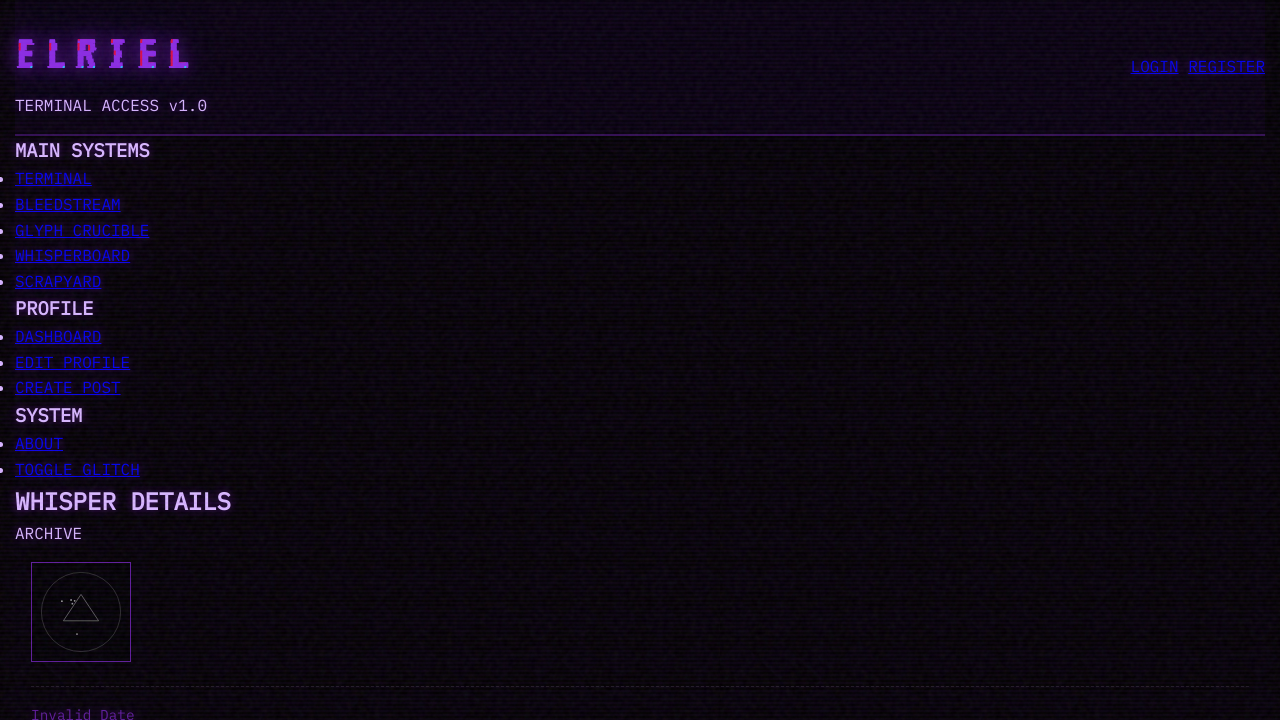
Repository: numbpill3d/elriel_1.0-forum
Page: views/whisper/view.html
These files come from the project's save history. The page is drawn as it stood at one moment and after the next save; the edit follows.
The browser window is 1280 px wide. The pictures show the whole page.
An inner scrolling area shows only its first screen. Some web fonts or font styles are not loaded; a fallback is used.

Above is the page before, as saved 2025-05-09 18:44:38.

After the next save:
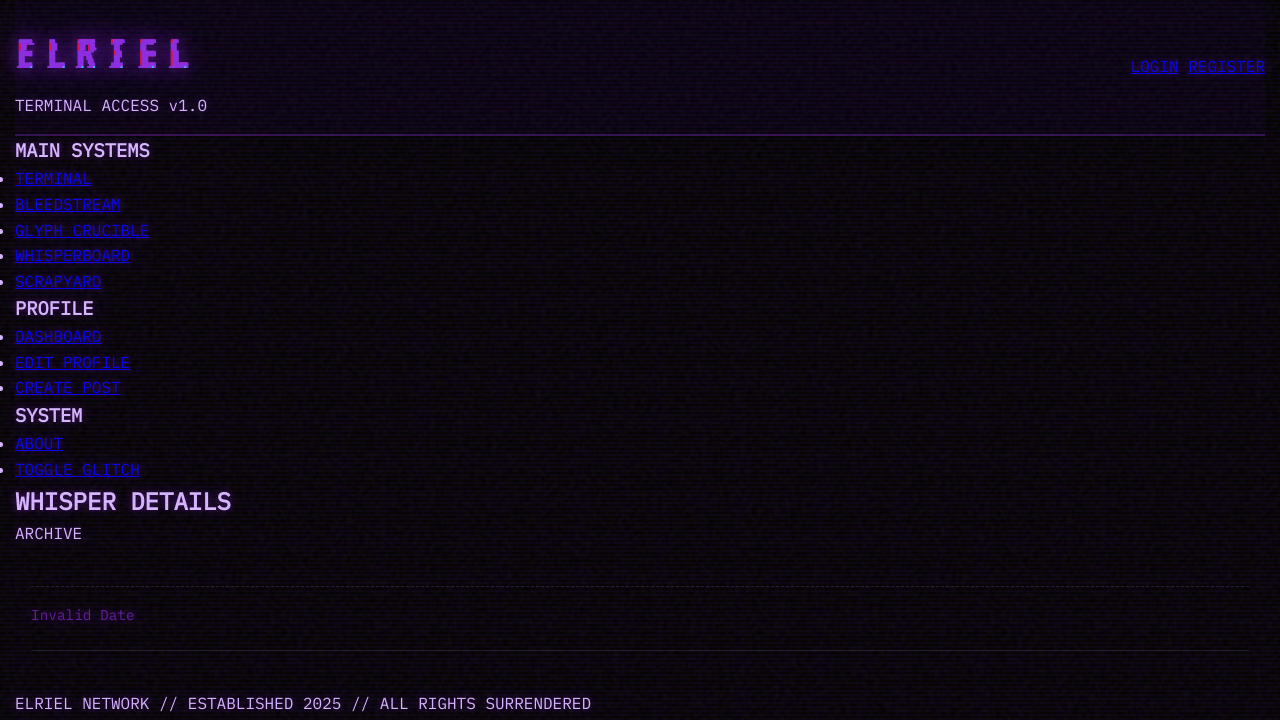
Saved 15 s later.
--- a/views/whisper/view.html
+++ b/views/whisper/view.html
@@ -151,19 +151,19 @@
     document.getElementById('whisper-date').textContent = new Date(whisper.created_at).toLocaleString();
 
     if (whisper.is_encrypted) {
-      document.getElementById('whisper-encrypted').style.display = 'inline';
+      document.getElementById('whisper-encrypted').classList.add('visible');
     }
 
     // Display whisper glyph if it exists
     const whisperGlyphEl = document.getElementById('whisper-glyph');
     if (whisper.glyph_svg) {
       whisperGlyphEl.innerHTML = whisper.glyph_svg;
-      whisperGlyphEl.style.display = 'block';
+      whisperGlyphEl.classList.add('visible');
     } else {
       // Generate a random anonymous glyph if none is attached (client-side simulation)
       const randomSeed = whisper.id + whisper.created_at; // Use whisper data for deterministic random
       whisperGlyphEl.innerHTML = generateAnonGlyphSVG(randomSeed);
-      whisperGlyphEl.style.display = 'block';
+      whisperGlyphEl.classList.add('visible');
     }
 
     // Helper function to generate SVG data for an anonymous glyph (client-side simulation)

After the save that followed:
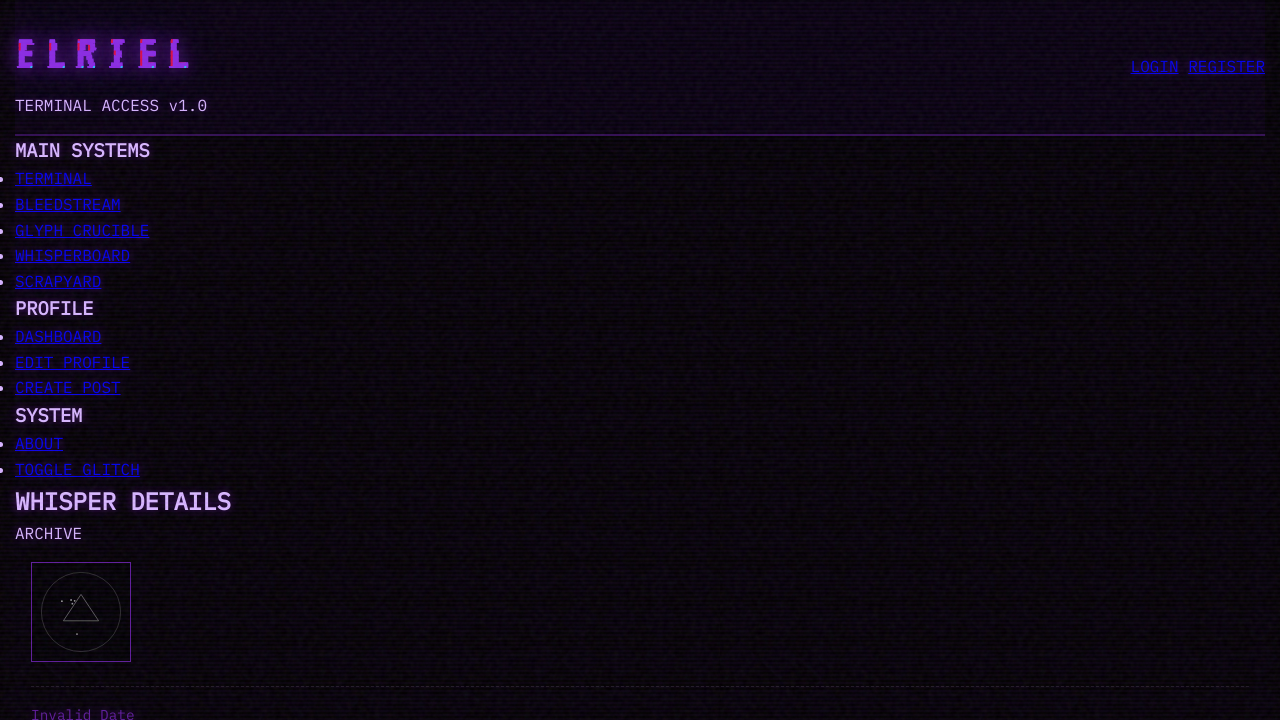
Saved 13 s later.
--- a/views/whisper/view.html
+++ b/views/whisper/view.html
@@ -19,6 +19,10 @@
       font-weight: bold;
       margin-left: 10px;
       text-shadow: 0 0 5px rgba(255, 0, 0, 0.5);
+    }
+    .view-whisper-encrypted.visible,
+    .view-whisper-glyph.visible {
+      display: block;
     }
   </style>
 </head>
